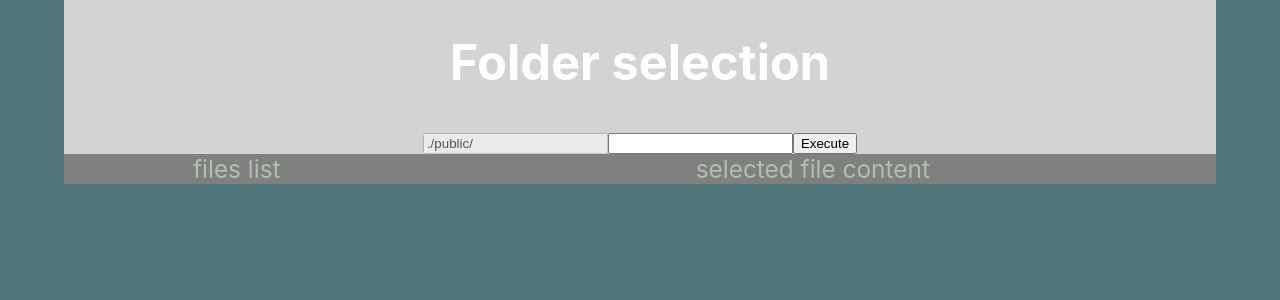
Repository: idubi/DevopsCourse
Page: / (app in lesson03/assignment/client/)
The author's editor kept a copy of each file at every save. The page is drawn from the files as they stood at one save, then again after the next save.
The browser window is 1280 px wide. The pictures show the whole page.
The project was rebuilt for these pictures with package versions that can differ from the ones it lists, and the page was loaded fresh each time.

Above is the page before, as saved 2023-06-15 03:31:54.

After the next save:
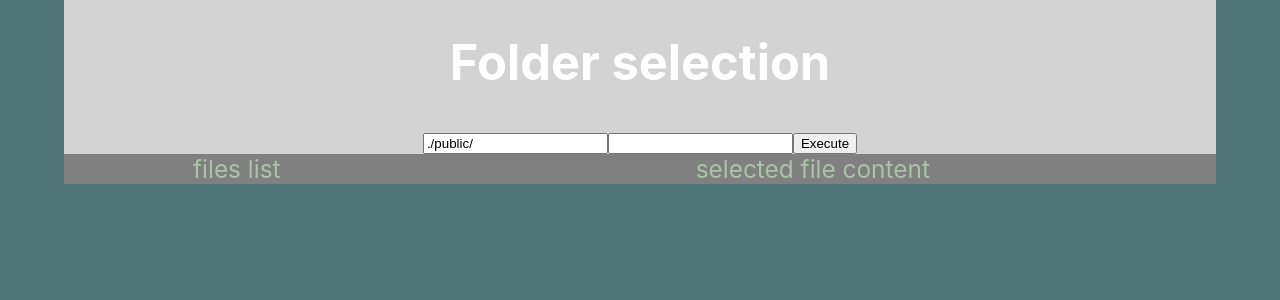
Saved 25 s later.
--- a/lesson03/assignment/client/src/components/FilesBrowser.js
+++ b/lesson03/assignment/client/src/components/FilesBrowser.js
@@ -19,7 +19,7 @@
     <Container>
       <Upper>
         <h1>Folder selection</h1>
-        <Label type="text" value="./public/" disabled />
+        <Label type="text" value="./public/" />
         <input type="text" value={path} onChange={handlePathChange} />
         <button onClick={handleExecute}>Execute</button>
       </Upper>

After the save that followed:
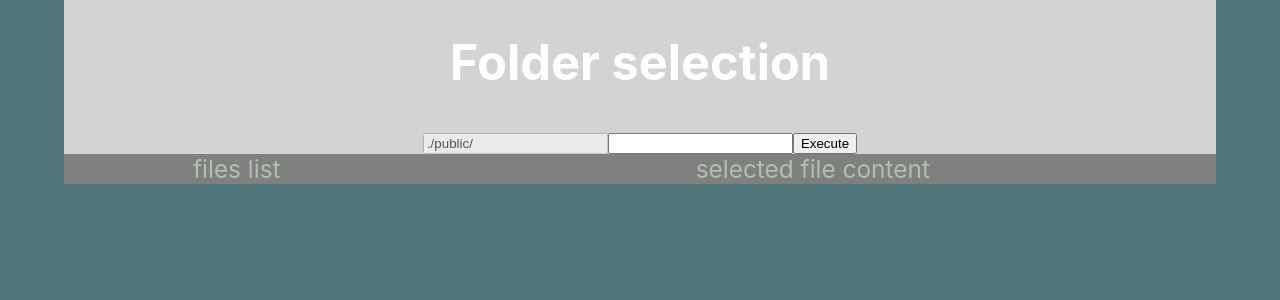
Saved 9 s later.
--- a/lesson03/assignment/client/src/components/FilesBrowser.js
+++ b/lesson03/assignment/client/src/components/FilesBrowser.js
@@ -19,7 +19,7 @@
     <Container>
       <Upper>
         <h1>Folder selection</h1>
-        <Label type="text" value="./public/" />
+        <Label type="text" value="./public/" disabled />
         <input type="text" value={path} onChange={handlePathChange} />
         <button onClick={handleExecute}>Execute</button>
       </Upper>
